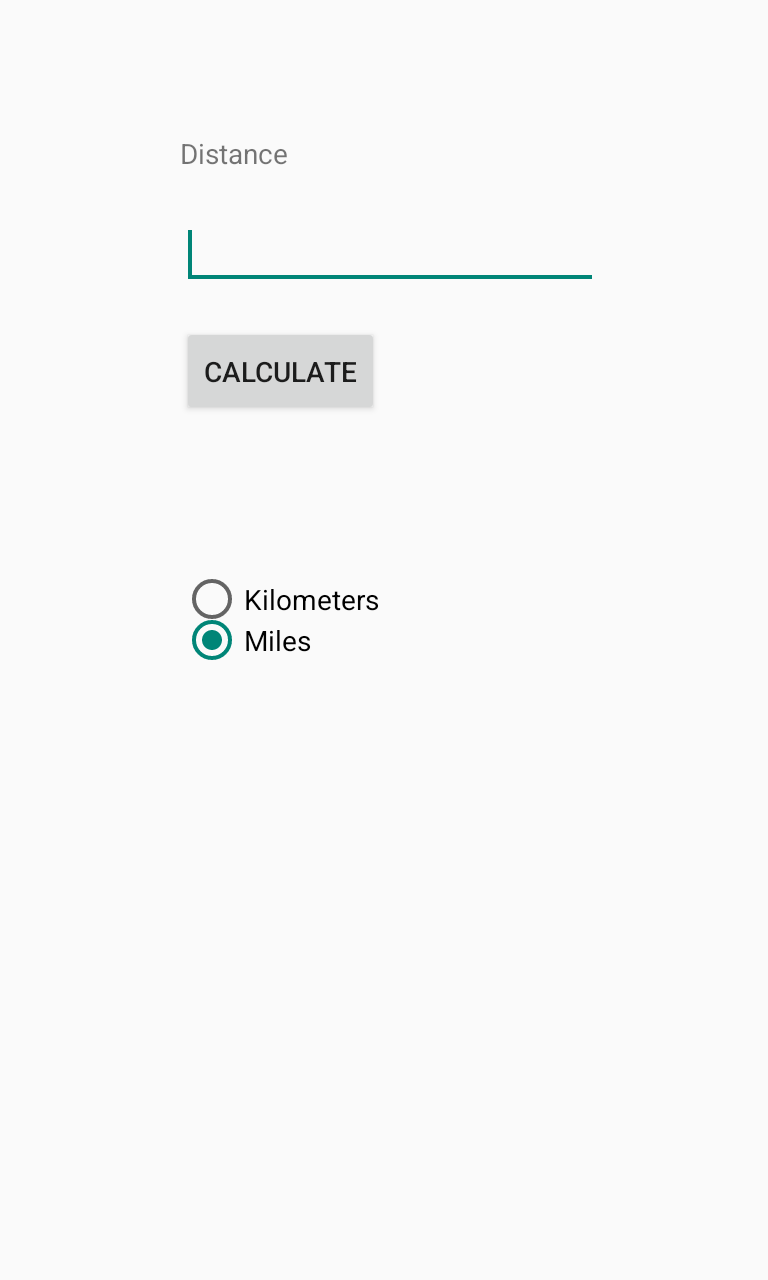
Repository: awayzo/6300Fall14Assignment4
Layout: UnitConvertor/res/layout/activity_main.xml
These files come from the project's save history. The layout is drawn as it stood at one moment and after the next save; the edit follows.
It is drawn on a 768 x 1280 px phone screen (xhdpi) without system bars, with theme AppTheme; the app's code is not run.

Above is the layout before, as saved 2014-09-25 17:42:03.

After the next save:
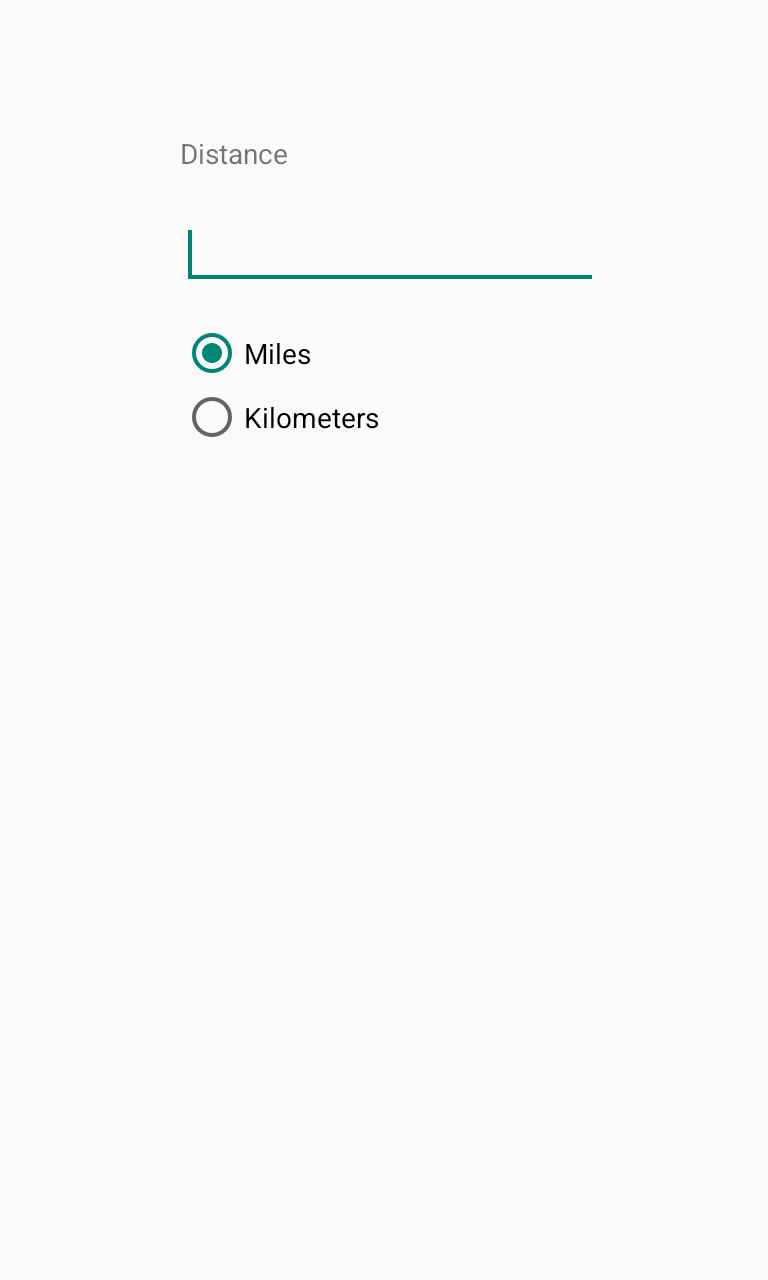
Saved 100 s later.
--- a/UnitConvertor/res/layout/activity_main.xml
+++ b/UnitConvertor/res/layout/activity_main.xml
@@ -12,8 +12,8 @@
         android:id="@+id/txt1"
         android:layout_width="wrap_content"
         android:layout_height="wrap_content"
-        android:layout_alignLeft="@+id/lblTitle"
-        android:layout_below="@+id/lblTitle"
+        android:layout_alignLeft="@+id/textView1"
+        android:layout_below="@+id/textView1"
         android:layout_marginTop="19dp"
         android:ems="10"
         android:inputType="numberDecimal" >
@@ -21,8 +21,33 @@
         <requestFocus />
     </EditText>
 
+    <RadioGroup
+        android:id="@+id/radioGroup1"
+        android:layout_width="wrap_content"
+        android:layout_height="wrap_content"
+        android:layout_alignLeft="@+id/txt1"
+        android:layout_below="@+id/txt1"
+        android:layout_marginTop="14dp" >
+
+        <RadioButton
+            android:id="@+id/radio0"
+            android:layout_width="wrap_content"
+            android:layout_height="wrap_content"
+            android:checked="true"
+            android:onClick="handleClick"
+            android:text="@string/miles" />
+
+        <RadioButton
+            android:id="@+id/radio1"
+            android:layout_width="wrap_content"
+            android:layout_height="wrap_content"
+            android:onClick="handleClick"
+            android:text="@string/km" />
+
+    </RadioGroup>
+
     <TextView
-        android:id="@+id/lblTitle"
+        android:id="@+id/textView1"
         android:layout_width="wrap_content"
         android:layout_height="wrap_content"
         android:layout_alignParentLeft="true"
@@ -31,41 +56,4 @@
         android:layout_marginTop="51dp"
         android:text="@string/lblDistance" />
 
-    <RadioGroup
-        android:id="@+id/radioGroup1"
-        android:layout_width="wrap_content"
-        android:layout_height="wrap_content"
-        android:layout_alignLeft="@+id/txt1"
-        android:layout_below="@+id/radioMiles_0" >
-    </RadioGroup>
-
-    <Button
-        android:id="@+id/btnCalc"
-        android:layout_width="wrap_content"
-        android:layout_height="wrap_content"
-        android:layout_alignLeft="@+id/txt1"
-        android:layout_below="@+id/txt1"
-        android:layout_marginTop="15dp"
-        android:text="@string/title_btn_Calc" />
-
-    <RadioButton
-        android:id="@+id/radioKm_1"
-        android:layout_width="wrap_content"
-        android:layout_height="wrap_content"
-        android:layout_alignLeft="@+id/btnCalc"
-        android:layout_below="@+id/btnCalc"
-        android:layout_marginTop="74dp"
-        android:onClick="handleClick"
-        android:text="@string/km" />
-
-    <RadioButton
-        android:id="@+id/radioMiles_0"
-        android:layout_width="wrap_content"
-        android:layout_height="wrap_content"
-        android:layout_alignLeft="@+id/radioKm_1"
-        android:layout_centerVertical="true"
-        android:checked="true"
-        android:onClick="handleClick"
-        android:text="@string/miles" />
-
 </RelativeLayout>
